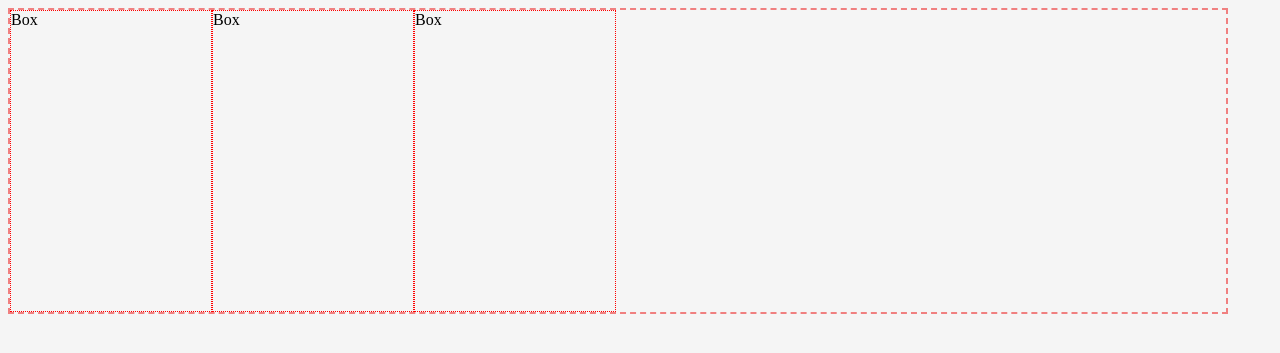
Repository: burnsco/social-editor
Page: index.html
These files come from the project's save history. The page is drawn as it stood at one moment and after a run of saves; the edit follows.
The browser window is 1280 px wide. The pictures show the whole page.

Above is the page before, as saved 2024-01-08 08:08:12.

After the next 2 saves:
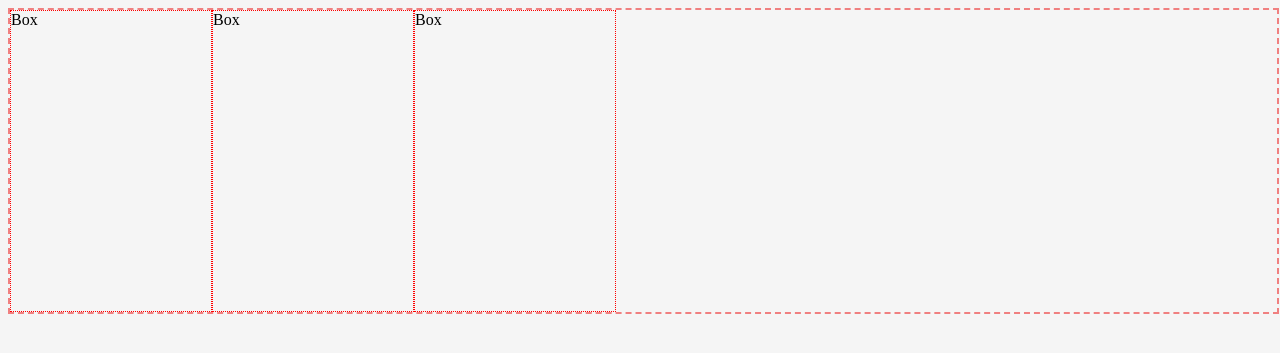
The 2 saves are shown as one change because they came seconds apart.
The last was saved 7 s later.
--- a/index.css
+++ b/index.css
@@ -4,7 +4,7 @@ body {
 
 .main-container {
   border: 2px dashed lightcoral;
-  width: 95vw;
+  width: 99vw;
   display: flex;
 }
 
